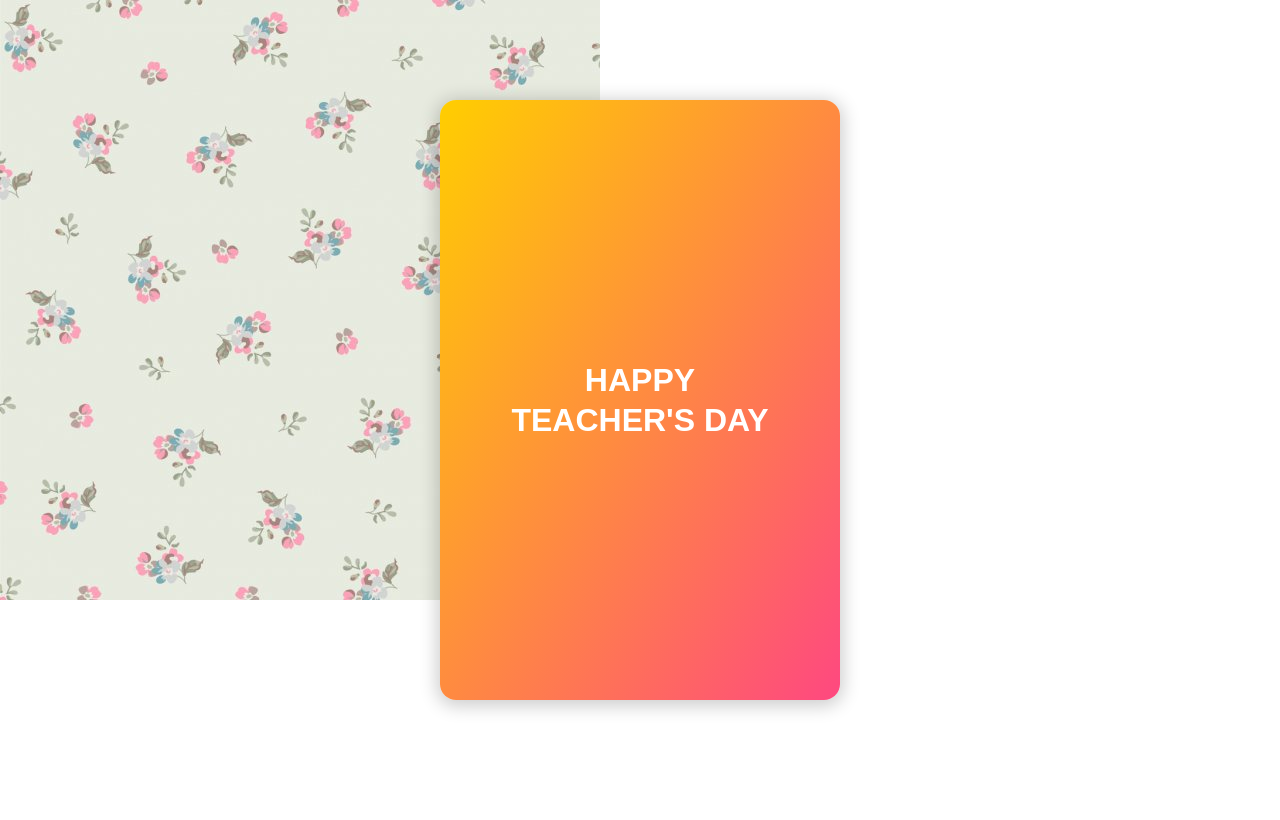
Repository: maixuanhieu/giftcard
Page: index.html
These files come from the project's save history. The page is drawn as it stood at one moment and after a run of saves; the edit follows.
The browser window is 1280 px wide. The pictures show the whole page.
The style sheet was rebuilt from its Sass, Less or Tailwind sources for each picture, by a compiler version that may differ from the author's.

Above is the page before, as saved 2021-11-17 20:12:11.

After the next 4 saves:
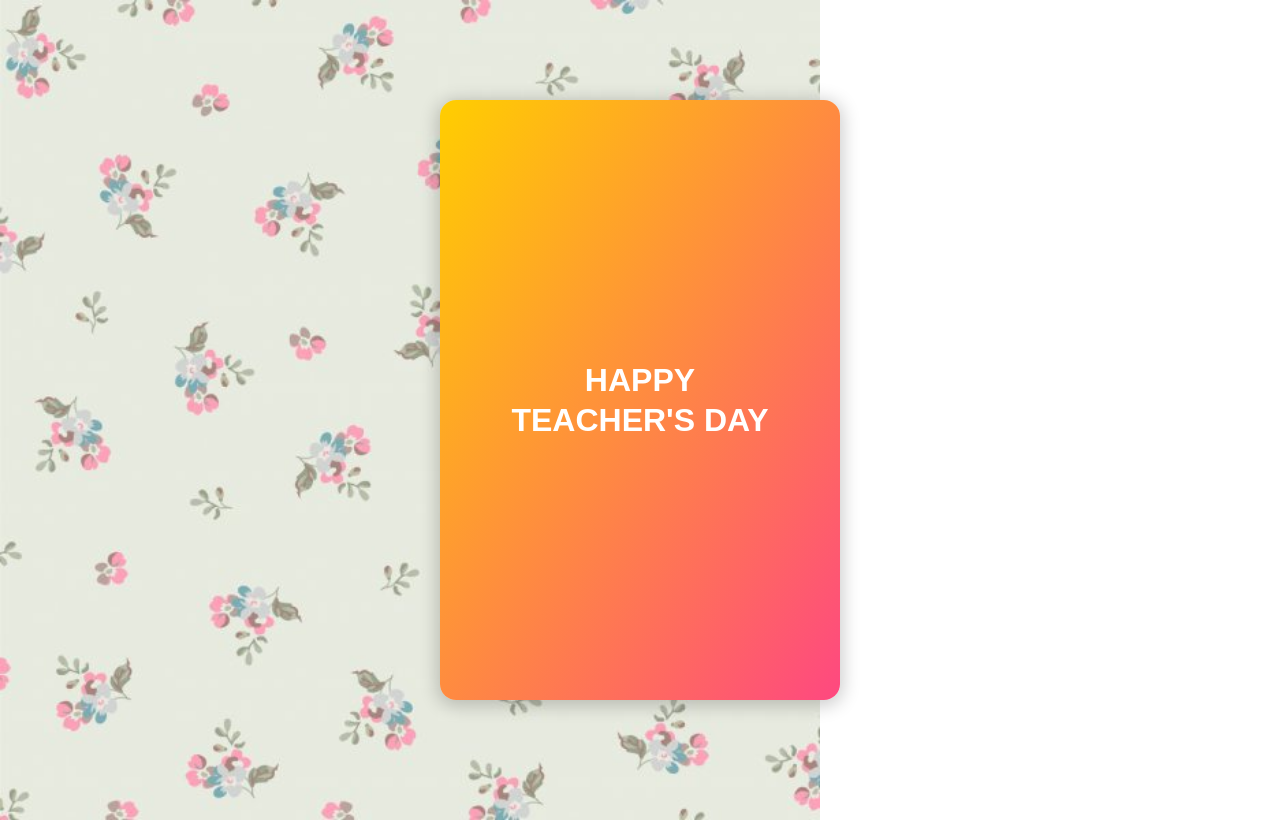
The 4 saves are shown as one change because 1 did not build or start and some came seconds apart.
The last was saved 26 s later.
--- a/style.scss
+++ b/style.scss
@@ -15,6 +15,7 @@ body{
     width: 100%;
     min-height: 100vh;
     background: url("/background.jpg") no-repeat;
+    background-size: contain;
 }
 
 .card{
